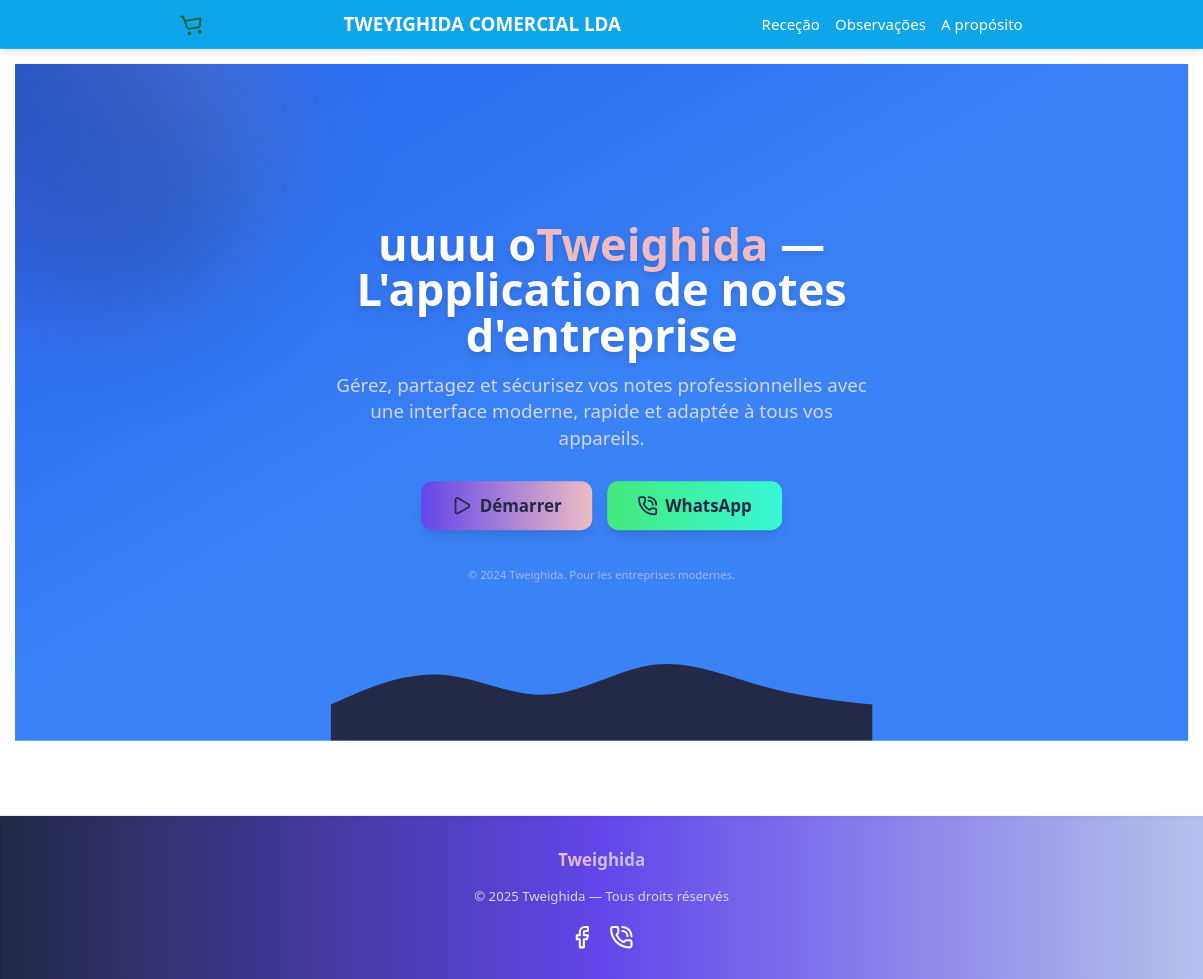
Repository: lamatmed/Tweighida
Page: /
The author's editor kept a copy of each file at every save. The page is drawn from the files as they stood at one save, then again after the next save.
The browser window is 1280 px wide. The pictures show the whole page, at 94% of full size.
The project was rebuilt for these pictures with package versions that can differ from the ones it lists, and the page was loaded fresh each time. The framework's server and built-in components were replaced by stand-ins that run in the browser. Also part of the build but not shown: next.config.mjs.

Above is the page before, as saved 2025-09-06 20:47:08.

### src/app/layout.tsx
import type { Metadata } from "next"
import Navbar from "./components/Navbar";
import Footer from "./components/Footer";
import '../styles/globals.css'
export const metadata: Metadata = {
  title: "Tweighida comercial LDA",
  description: "App de notes comme archive",
  icons: {
    icon: "/R.png", // Remplace par le chemin de ton icône
    shortcut: "/logo.png",
    apple: "/logo.png",
  },
};

export default function RootLayout({
  children,
}: Readonly<{
  children: React.ReactNode
}>) {
  return (
    <html lang="en">
      <head>
      <link
        href="https://fonts.googleapis.com/icon?family=Material+Icons"
        rel="stylesheet"
      />
      </head>
      <body>  <div className="flex flex-col min-h-screen">
      <Navbar />
      <main className="flex-grow p-4">{children}</main>
      <Footer />
    </div></body>
    </html>
  );
}

### src/app/page.tsx
import Hero from "./components/Hero";

export default function Home() {
  return (
    <Hero />
  )
}

### src/app/components/Navbar.tsx
'use client'
import { useState } from "react";
import { FileText, Home, Info, Menu, ShoppingCartIcon, X } from "lucide-react"; // Icônes pour le menu mobile
import { motion } from "framer-motion";
import { BsRobot } from "react-icons/bs";
export default function Navbar() {
  const [isOpen, setIsOpen] = useState(false);

  return (
    <nav className="bg-sky-500 text-white p-3 shadow-md">
      <div className="max-w-4xl mx-auto flex justify-between items-center">
      <motion.div
  animate={{ rotate: [0, 10, -10, 0] }}
  transition={{ repeat: Infinity, duration: 1.5, ease: "easeInOut" }}
>
  <ShoppingCartIcon fontSize="large" className="text-green-800" />
</motion.div>

        <h1 className="text-xl font-bold">TWEYIGHIDA COMERCIAL LDA</h1>

        {/* Bouton Menu pour mobile */}
        <button
          className="lg:hidden block focus:outline-none"
          onClick={() => setIsOpen(!isOpen)}
        >
          {isOpen ? <X size={28} /> : <Menu size={28} />}
        </button>

        {/* Menu Desktop */}
        <ul className="hidden lg:flex space-x-4">
          <li><a href="/" className="hover:underline"> Receção</a></li>
          <li><a href="/notes" className="hover:underline">Observações</a></li>
          <li><a href="/about" className="hover:underline">A propósito</a></li>
        </ul>
      </div>

      {/* Menu Mobile */}
      {isOpen && (
       <ul className="lg:hidden flex flex-col items-center space-y-3 mt-3">
       <li>
         <a href="/" className="flex items-center gap-2 hover:underline" onClick={() => setIsOpen(false)}>
           <Home size={20} /> Receção
         </a>
       </li>
       <li>
         <a href="/notes" className="flex items-center gap-2 hover:underline" onClick={() => setIsOpen(false)}>
           <FileText size={15} /> Observações
         </a>
          </li>
          <li>
            <a href="/chat" className="flex items-center gap-2 hover:underline" onClick={() => setIsOpen(false)}>
              <BsRobot size={15} /> AI
            </a>
          </li>
          <li>

         <a href="/about" className="flex items-center gap-2 hover:underline" onClick={() => setIsOpen(false)}>
           <Info size={15} /> A propósito
         </a>
       </li>
     </ul>

      )}
    </nav>
  );
}

### src/app/components/Footer.tsx
import { Facebook, PhoneCall } from "lucide-react";

export default function Footer() {
  return (
    <footer className="bg-gradient-to-r from-[#232946] via-[#6246ea] to-[#b8c1ec] text-white text-center py-8 mt-16 shadow-inner">
      <div className="max-w-5xl mx-auto flex flex-col items-center gap-3 px-4">
        <div className="flex items-center gap-2 mb-1">
          <span className="text-lg font-bold bg-gradient-to-r from-[#eebbc3] to-[#b8c1ec] bg-clip-text text-transparent">Tweighida</span>
        </div>
        <p className="text-xs sm:text-sm text-[#d1d7e0]">© {new Date().getFullYear()} Tweighida — Tous droits réservés</p>
        <div className="flex space-x-4 mt-2">
          <a href="https://www.facebook.com" target="_blank" rel="noopener noreferrer" className="hover:scale-110 hover:text-[#eebbc3] transition-transform">
            <Facebook size={26} />
          </a>
          <a href="https://wa.me/244939465408" target="_blank" rel="noopener noreferrer" className="hover:scale-110 hover:text-[#43e97b] transition-transform">
            <PhoneCall size={26} />
          </a>
        </div>
      </div>
    </footer>
  );
}

### src/app/components/Hero.tsx
'use client';

import { useState, useEffect } from "react";
import Loader from "./Loader";
import { motion } from "framer-motion";
import { PhoneCallIcon, PlayIcon } from "lucide-react";

export default function Hero() {
  const [loading, setLoading] = useState(true);

  useEffect(() => {
    const timer = setTimeout(() => {
      setLoading(false);
    }, 1000);
    return () => clearTimeout(timer);
  }, []);

  if (loading) {
    return <Loader />;
  }

  return (
    <section className="relative w-full min-h-screen flex items-center justify-center text-center bg-gradient-to-br from-blue-600 via-blue-500 to-blue-500 text-white px-4 overflow-hidden">
      {/* Decorative blob */}
      <div className="absolute -top-32 -left-32 w-[400px] h-[400px] bg-gradient-to-tr from-[#6246ea] via-[#232946] to-[#eebbc3] opacity-30 rounded-full blur-3xl z-0" aria-hidden="true" />
      <div className="w-full max-w-3xl px-6 py-16 md:py-24 z-10">
        <motion.h1
          className="text-3xl sm:text-4xl md:text-5xl font-extrabold mb-4 leading-tight drop-shadow-lg"
          initial={{ y: -10, opacity: 0 }}
          animate={{ y: 0, opacity: 1 }}
          transition={{ duration: 0.8, ease: 'easeInOut' }}
        >
uuuu          o
          <span className="text-[#eebbc3]">Tweighida</span> — L'application de notes d'entreprise
        </motion.h1>
        <motion.p
          className="text-base sm:text-lg md:text-xl mb-8 max-w-xl mx-auto text-[#d1d7e0] font-medium"
          initial={{ y: 10, opacity: 0 }}
          animate={{ y: 0, opacity: 1 }}
          transition={{ duration: 1, delay: 0.2, ease: 'easeInOut' }}
        >
          Gérez, partagez et sécurisez vos notes professionnelles avec une interface moderne, rapide et adaptée à tous vos appareils.
        </motion.p>
        <div className="flex flex-col sm:flex-row gap-4 justify-center">
          <a
            href="/notes"
            className="px-8 py-3 text-lg font-semibold bg-gradient-to-r from-[#6246ea] to-[#eebbc3] text-[#232946] rounded-xl shadow-lg transition-all transform hover:scale-105 hover:shadow-2xl focus:outline-none focus:ring-2 focus:ring-[#6246ea] flex items-center gap-2"
          >
            <PlayIcon size={22} /> Démarrer
          </a>
          <a
            href="https://wa.me/244934808438"
            target="_blank"
            rel="noopener noreferrer"
            className="px-8 py-3 text-lg font-semibold bg-gradient-to-r from-[#43e97b] to-[#38f9d7] text-[#232946] rounded-xl shadow-lg transition-all transform hover:scale-105 hover:shadow-2xl focus:outline-none focus:ring-2 focus:ring-[#43e97b] flex items-center gap-2"
          >
            <PhoneCallIcon size={22} /> WhatsApp
          </a>
        </div>
        <div className="mt-10 text-xs text-[#b8c1ec] opacity-80">© 2024 Tweighida. Pour les entreprises modernes.</div>
      </div>
      {/* Decorative wave bottom */}
      <svg className="absolute bottom-0 left-0 w-full h-24 md:h-32 z-0" viewBox="0 0 1440 320" fill="none" xmlns="http://www.w3.org/2000/svg" aria-hidden="true">
        <path fill="#232946" fillOpacity="1" d="M0,224L48,202.7C96,181,192,139,288,144C384,149,480,203,576,197.3C672,192,768,128,864,117.3C960,107,1056,149,1152,176C1248,203,1344,213,1392,218.7L1440,224L1440,320L1392,320C1344,320,1248,320,1152,320C1056,320,960,320,864,320C768,320,672,320,576,320C480,320,384,320,288,320C192,320,96,320,48,320L0,320Z" />
      </svg>
    </section>
  );
}

### src/app/components/Loader.tsx

import React from 'react';
import styled from 'styled-components';

const Loader = () => {
  return (
    <StyledWrapper>
      <div className="loader" />
    </StyledWrapper>
  );
}

const StyledWrapper = styled.div`
  .loader {
   position: relative;
   width: 2.5em;
   height: 2.5em;
   transform: rotate(165deg);
  }

  .loader:before, .loader:after {
   content: "";
   position: absolute;
   top: 50%;
   left: 50%;
   display: block;
   width: 0.5em;
   height: 0.5em;
   border-radius: 0.25em;
   transform: translate(-50%, -50%);
  }

  .loader:before {
   animation: before8 2s infinite;
  }

  .loader:after {
   animation: after6 2s infinite;
  }

  @keyframes before8 {
   0% {
    width: 0.5em;
    box-shadow: 1em -0.5em rgba(225, 20, 98, 0.75), -1em 0.5em rgba(111, 202, 220, 0.75);
   }

   35% {
    width: 2.5em;
    box-shadow: 0 -0.5em rgba(225, 20, 98, 0.75), 0 0.5em rgba(111, 202, 220, 0.75);
   }

   70% {
    width: 0.5em;
    box-shadow: -1em -0.5em rgba(225, 20, 98, 0.75), 1em 0.5em rgba(111, 202, 220, 0.75);
   }

   100% {
    box-shadow: 1em -0.5em rgba(225, 20, 98, 0.75), -1em 0.5em rgba(111, 202, 220, 0.75);
   }
  }

  @keyframes after6 {
   0% {
    height: 0.5em;
    box-shadow: 0.5em 1em rgba(61, 184, 143, 0.75), -0.5em -1em rgba(233, 169, 32, 0.75);
   }

   35% {
    height: 2.5em;
    box-shadow: 0.5em 0 rgba(61, 184, 143, 0.75), -0.5em 0 rgba(233, 169, 32, 0.75);
   }

   70% {
    height: 0.5em;
    box-shadow: 0.5em -1em rgba(61, 184, 143, 0.75), -0.5em 1em rgba(233, 169, 32, 0.75);
   }

   100% {
    box-shadow: 0.5em 1em rgba(61, 184, 143, 0.75), -0.5em -1em rgba(233, 169, 32, 0.75);
   }
  }

  .loader {
   position: absolute;
   top: calc(50% - 1.25em);
   left: calc(50% - 1.25em);
  }`;

export default Loader;

### tailwind.config.js
/** @type {import('tailwindcss').Config} */
module.exports = {
  content: [
    "./pages/**/*.{js,ts,jsx,tsx}",
    "./components/**/*.{js,ts,jsx,tsx}",
    "./app/**/*.{js,ts,jsx,tsx}",
    "./src/**/*.{js,ts,jsx,tsx}",  // Ajoute cette ligne si ton projet est dans src/
  ],
  theme: {
    extend: {},
  },
  plugins: [],
};

Loaded but not shown: src/styles/globals.css (common file)

After the next save:
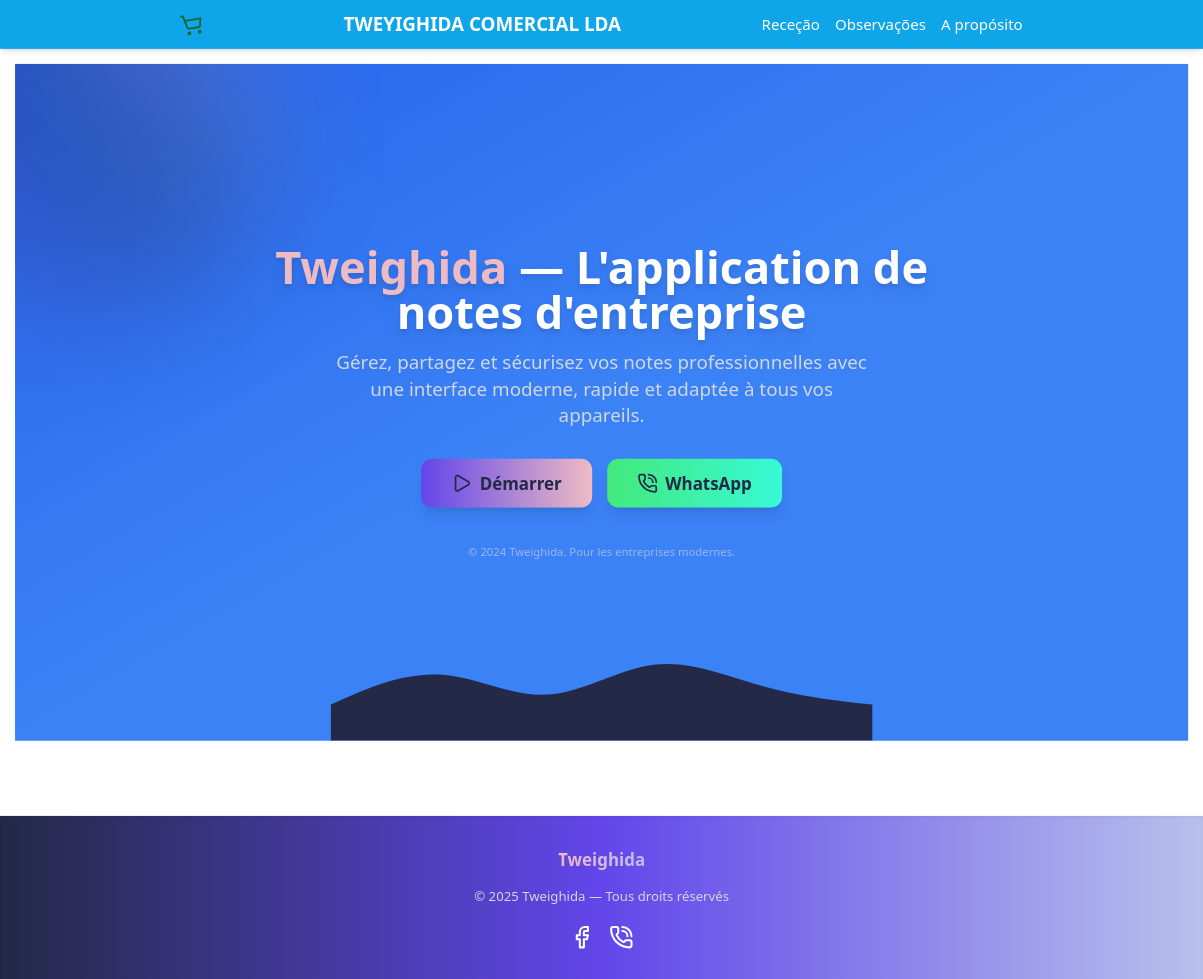
Saved 29 s later.
--- a/src/app/components/Hero.tsx
+++ b/src/app/components/Hero.tsx
@@ -30,7 +30,6 @@
           animate={{ y: 0, opacity: 1 }}
           transition={{ duration: 0.8, ease: 'easeInOut' }}
         >
-uuuu          o
           <span className="text-[#eebbc3]">Tweighida</span> — L'application de notes d'entreprise
         </motion.h1>
         <motion.p
